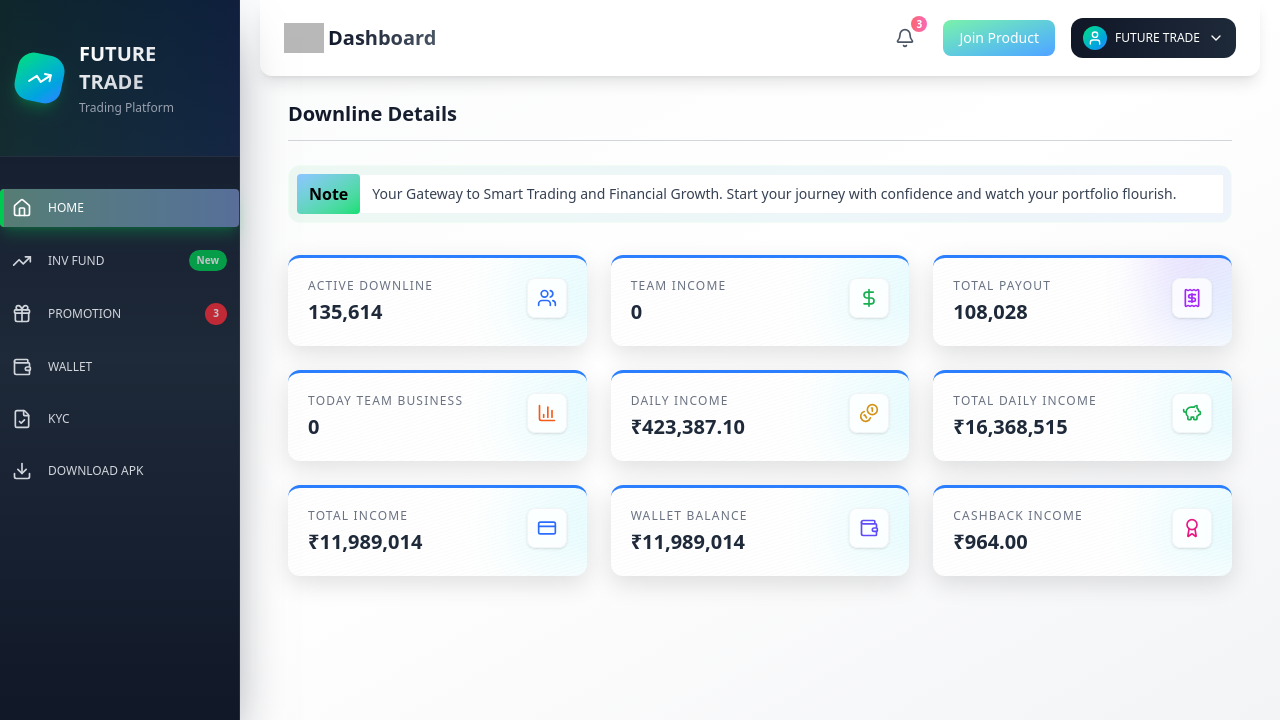
Repository: GauraVPandeyyy/Trade
Page: /
An editor plug-in stored every save of this project. The page is shown before and after the next save, followed by the edit.
The browser window is 1280 px wide. The pictures show the whole page.
Pictures or frames that could not be fetched are drawn as grey boxes. The project was rebuilt for these pictures with package versions that can differ from the ones it lists, and the page was loaded fresh each time. Some packages were replaced by stand-ins written for this rebuild. Also part of the build but not shown: vite.config.js, src/pages/Home.jsx, src/pages/InvFund.jsx, src/pages/Promotion.jsx, src/pages/Wallet.jsx, src/pages/Kyc.jsx, src/pages/DownloadApk.jsx.

Above is the page before, as saved 2025-08-02 13:40:31.

### src/main.jsx
import { StrictMode } from 'react'
import { createRoot } from 'react-dom/client'
import './index.css'
import App from './App.jsx'
import { BrowserRouter, RouterProvider } from 'react-router-dom'
import router from './routes.jsx/router.jsx'

createRoot(document.getElementById('root')).render(
  <StrictMode>
    <RouterProvider router={router} />
  </StrictMode>,
)

### src/App.jsx
import React from 'react'
import Sidebar from './components/Sidebar'
import { Outlet } from 'react-router-dom'
import Dashboard from './pages/Dashboard'
function App() {
  return (
    // <div className='text-center bg-gray-950 relative text-white min-h-screen w-screen'>
    //   <div className='absolute top-0 left-0 bottom-0 w-[300px] h-screen'>
    //     <Sidebar />
    //   </div>
    //   <Outlet />
    //   <h1>hello from h1</h1>
    // </div>
    <Dashboard />
  )
}

export default App

### src/routes.jsx/router.jsx
import App from "../App";
import Home from "../pages/Home";
import InvFund from "../pages/InvFund";
import Promotion from "../pages/Promotion";
import Wallet from "../pages/Wallet";
import Kyc from "../pages/Kyc";
import DownloadApk from "../pages/DownloadApk";
import { createBrowserRouter } from "react-router-dom";

const router = createBrowserRouter([
    {
        path: "/",
        element: <App />,
        children: [
            { path: "", element: <Home /> },
            { path: "inv-fund", element: <InvFund /> },
            { path: "promotion", element: <Promotion /> },
            { path: "wallet", element: <Wallet /> },
            { path: "kyc", element: <Kyc /> },
            { path: "download", element: <DownloadApk /> },
        ],
    },
]);

export default router;

### src/pages/Dashboard.jsx
import React, { useState, useEffect } from 'react';
import {
  Home,
  TrendingUp,
  Gift,
  Wallet,
  FileCheck,
  Download,
  Menu,
  X,
  Bell,
  ChevronDown,
  Users,
  DollarSign,
  CreditCard,
  BarChart3,
  PiggyBank,
  Coins,
  Receipt,
  Award,
  Search,
  Settings,
  LogOut,
  User
} from 'lucide-react';
import Sidebar from '../components/Sidebar';
import Header from '../components/Header';
import DashboardCard from '../components/DashboardCard'
// Enhanced hook for sidebar with responsive behavior
const useSidebarToggle = () => {
  const [isOpen, setIsOpen] = useState(false);
  const [isMobile, setIsMobile] = useState(false);

  useEffect(() => {
    const checkScreenSize = () => {
      setIsMobile(window.innerWidth < 768);
      if (window.innerWidth >= 768) {
        setIsOpen(false); // Reset mobile state when going to desktop
      }
    };

    checkScreenSize();
    window.addEventListener('resize', checkScreenSize);
    return () => window.removeEventListener('resize', checkScreenSize);
  }, []);

  const toggle = () => setIsOpen(!isOpen);
  const close = () => setIsOpen(false);

  return { isOpen, toggle, close, isMobile };
};



// Main Dashboard Component
const Dashboard = () => {
  const { isOpen, toggle, close, isMobile } = useSidebarToggle();
  const [statsVisible, setStatsVisible] = useState(false);

  useEffect(() => {
    const timer = setTimeout(() => setStatsVisible(true), 300);
    return () => clearTimeout(timer);
  }, []);

  const dashboardData = [
    { icon: Users, label: "Active Downline", value: "135,614", color: "text-blue-600", trend: 12.5 },
    { icon: DollarSign, label: "Team Income", value: "0", color: "text-green-600", trend: 0 },
    { icon: Receipt, label: "Total Payout", value: "108,028", color: "text-purple-600", trend: -2.1 },
    { icon: BarChart3, label: "Today Team Business", value: "0", color: "text-orange-600", trend: 0 },
    { icon: Coins, label: "Daily Income", value: "₹423,387.10", color: "text-yellow-600", trend: 8.3 },
    { icon: PiggyBank, label: "Total Daily Income", value: "₹16,368,515", color: "text-green-600", trend: 15.7 },
    { icon: CreditCard, label: "Total Income", value: "₹11,989,014", color: "text-blue-600", trend: 22.4 },
    { icon: Wallet, label: "Wallet Balance", value: "₹11,989,014", color: "text-indigo-600", trend: 5.2 },
    { icon: Award, label: "Cashback Income", value: "₹964.00", color: "text-pink-600", trend: 3.1 },
  ];

  return (
    <div className="flex min-h-screen bg-gradient-to-br from-gray-50 via-white to-gray-100">
      {/* Sidebar */}
      <Sidebar isOpen={isOpen} onClose={close} isMobile={isMobile} />

      {/* Main Content */}
      <div className={`flex-1 flex flex-col transition-all duration-300 px-5 ${!isMobile ? 'ml-0' : ''}`}>
        {/* Header */}
        <Header onMenuClick={toggle} isMobile={isMobile} />

        {/* Main Content Area */}
        <main className="flex-1 py-6 px-7 space-y-8">
          {/* Page Header */}
          <div className={`transform transition-all duration-500 ${statsVisible ? 'translate-y-0 opacity-100' : 'translate-y-4 opacity-0'}`}>
            <div className="mb-6">

              <h2 className="text-xl font-semibold bg-gradient-to-r from-gray-900 to-gray-600 bg-clip-text text-transparent mb-3">
                Downline Details
              </h2>
              <hr className='w-[100%] text-gray-300' />
              {/* <p className="text-gray-600 text-sm">Monitor your network growth and earnings</p> */}

            </div>

            {/* Enhanced Note Section */}
            <div className="relative bg-gradient-to-r from-gray-50 to-gray-50 border border-green-50 rounded-xl p-2 mb-6 overflow-hidden">
              <div className="absolute inset-0 bg-gradient-to-r from-green-500/5 to-blue-500/5"></div>
              <div className="relative flex items-center space-x-0">
                {/* <div className="w-10 h-10 bg-gradient-to-br from-green-500 to-blue-500 rounded-2xl flex items-center justify-center text-white shadow-lg">
                  <Gift size={20} />
                </div> */}

                <h5 className='font-bold bg-gradient-to-br from-blue-300 to-green-400 px-3 py-2 rounded'>
                  Note
                </h5>

                <div className="flex-1">
                  {/* <h3 className="text-md font-semibold text-gray-900 ">Welcome to Future Trade</h3> */}
                  <p className="text-gray-700 leading-relaxed text-[14px] bg-white py-2 px-3">
                    Your Gateway to Smart Trading and Financial Growth. Start your journey with confidence and watch your portfolio flourish.
                  </p>
                </div>
              </div>
            </div>
          </div>

          {/* Dashboard Cards Grid */}
          <div className="grid grid-cols-1 md:grid-cols-2 lg:grid-cols-3 gap-6">
            {dashboardData.map((card, index) => (
              <DashboardCard
                key={index}
                icon={card.icon}
                label={card.label}
                value={card.value}
                colorClass={card.color}
                trend={card.trend}
                delay={100}
              />
            ))}
          </div>

          {/* Quick Actions */}
          {/* <div className="mt-8">
            <h3 className="text-xl font-semibold text-gray-900 mb-4">Quick Actions</h3>
            <div className="grid grid-cols-2 md:grid-cols-4 gap-4">
              {[
                { icon: TrendingUp, label: "New Investment", color: "from-green-500 to-green-600" },
                { icon: Users, label: "Invite Friends", color: "from-blue-500 to-blue-600" },
                { icon: Wallet, label: "Withdraw Funds", color: "from-purple-500 to-purple-600" },
                { icon: BarChart3, label: "View Reports", color: "from-orange-500 to-orange-600" },
              ].map((action, index) => (
                <button
                  key={index}
                  className={`
                    p-6 bg-gradient-to-br ${action.color} text-white rounded-2xl
                    hover:scale-105 hover:shadow-lg transition-all duration-300
                    group relative overflow-hidden
                  `}
                  style={{ animationDelay: `${index * 100}ms` }}
                >
                  <div className="relative z-10 text-center">
                    <action.icon size={24} className="mx-auto mb-2 group-hover:scale-110 transition-transform duration-300" />
                    <p className="text-sm font-medium">{action.label}</p>
                  </div>
                  <div className="absolute inset-0 bg-gradient-to-r from-white/20 to-transparent transform -skew-x-12 -translate-x-full group-hover:translate-x-full transition-transform duration-1000"></div>
                </button>
              ))}
            </div>
          </div> */}

          {/* <div className="mt-10">
            <h3 className="text-2xl font-bold text-gray-900 mb-6">Quick Actions</h3>
            <div className="grid grid-cols-2 md:grid-cols-4 gap-5">
              {[
                {
                  icon: TrendingUp,
                  label: "New Investment",
                  color: "from-teal-500 to-cyan-600",
                  hoverColor: "hover:shadow-teal-500/20",
                  iconBg: "bg-teal-400/10"
                },
                {
                  icon: Users,
                  label: "Invite Friends",
                  color: "from-indigo-500 to-blue-500",
                  hoverColor: "hover:shadow-indigo-500/20",
                  iconBg: "bg-indigo-400/10"
                },
                {
                  icon: Wallet,
                  label: "Withdraw Funds",
                  color: "from-violet-600 to-purple-500",
                  hoverColor: "hover:shadow-violet-600/20",
                  iconBg: "bg-violet-400/10"
                },
                {
                  icon: BarChart3,
                  label: "View Reports",
                  color: "from-amber-400 to-orange-500",
                  hoverColor: "hover:shadow-amber-500/20",
                  iconBg: "bg-amber-400/10"
                }
              ].map((action, index) => (
                <button
                  key={index}
                  className={`
          p-6 bg-gradient-to-br ${action.color} text-white rounded-2xl
          hover:scale-[1.03] transform transition-all duration-300 ease-out
          shadow-md hover:shadow-lg ${action.hoverColor}
          group relative overflow-hidden border border-white/10
          flex flex-col items-center justify-center
          before:absolute before:inset-0 before:bg-white/5 before:opacity-0
          before:transition-opacity before:duration-300 hover:before:opacity-100
        `}
                  style={{
                    animationDelay: `${index * 100}ms`,
                    transitionDelay: `${index * 50}ms`
                  }}
                >

                  <div className="absolute inset-0 overflow-hidden">
                    <div className="absolute -inset-y-full -left-20 w-40 bg-white/30 transform rotate-12
            group-hover:animate-shimmer transition-all duration-1000" />
                  </div>

                  <div className="relative z-10 flex flex-col items-center">
                    <div className={`
            p-3 mb-3 rounded-xl bg-white/10 backdrop-blur-sm
            border border-white/20 group-hover:bg-white/15
            transition-all duration-300
          `}>
                      <action.icon
                        size={22}
                        className="group-hover:scale-110 transition-transform duration-300"
                        strokeWidth={1.5}
                      />
                    </div>
                    <p className="text-sm font-semibold tracking-wide">{action.label}</p>
                  </div>


                  <div className={`
          absolute -bottom-4 -right-4 w-16 h-16 rounded-full blur-lg
          bg-white/10 group-hover:bg-white/20 transition-all duration-500
        `}></div>
                </button>
              ))}
            </div>
          </div> */}
        </main>
      </div>

      <style jsx>{`
        @keyframes fadeInScale {
          from {
            opacity: 0;
            transform: scale(0.95) translateY(-10px);
          }
          to {
            opacity: 1;
            transform: scale(1) translateY(0);
          }
        }

        .animate-fadeInScale {
          animation: fadeInScale 0.2s ease-out;
        }
      `}</style>
    </div>
  );
};

export default Dashboard;

### src/components/DashboardCard.jsx
import { useState, useEffect } from 'react';


const DashboardCard = ({ icon: Icon, label, value, colorClass = "text-blue-600", trend, delay = 0 }) => {
  const [isVisible, setIsVisible] = useState(false);

  useEffect(() => {
    const timer = setTimeout(() => setIsVisible(true), delay);
    return () => clearTimeout(timer);
  }, [delay]);

  return (
    // <div
    //   className={`
    //     group relative bg-white rounded-2xl px-3 py-3 shadow-sm bg-gradient-to-br from-indigo-00 via-cyan-300 to-emerald-200  border border-gray-200
    //     hover:shadow-xl hover:shadow-gray-200/50 transition-all duration-300 cursor-pointer
    //     hover:-translate-y-2 hover:border-gray-200
    //     transform ${isVisible ? 'translate-y-0 opacity-100' : 'translate-y-8 opacity-0'}
    //     before:absolute before:inset-0 before:rounded-xl before:bg-gradient-to-r
    //     before:from-transparent before:via-transparent before:to-gray-50/50
    //     before:opacity-0 hover:before:opacity-100 before:transition-opacity before:duration-300
    //   `}
    //   style={{ transitionDelay: `${delay}ms` }}
    // >
    //   {/* Gradient overlay on hover */}
    //   <div className="absolute inset-0 rounded-xl bg-gradient-to-br from-white to-gray-50/30 opacity-0 group-hover:opacity-100 transition-opacity duration-300"></div>

    //   <div className="relative z-10 flex items-start justify-between">
    //     <div className="flex-1">
    //       <p className="text-xs font-medium text-gray-500 mb-2 tracking-wide uppercase">{label}</p>
    //       <div className="flex items-baseline space-x-2">
    //         <p className="text-lg font-bold text-gray-900 tracking-tight">{value}</p>
    //         {trend && (
    //           <span className={`text-xs font-medium ${trend >= 0 ? 'text-green-600' : 'text-red-600'}`}>
    //             {trend > 0 ? '+' : ''}{trend}%
    //           </span>
    //         )}
    //       </div>
    //     </div>
    //     <div className={`
    //       p-3 rounded-2xl transition-all duration-500 group-hover:scale-110 group-hover:rotate-6
    //       bg-gradient-to-br from-gray-50 to-gray-100 group-hover:from-white group-hover:to-gray-50
    //       ${colorClass} group-hover:shadow-lg
    //     `}>
    //       <Icon size={28} className="transition-transform duration-500 group-hover:scale-110" />
    //     </div>
    //   </div>

    //   {/* Animated bottom border */}
    //   <div className={`absolute bottom-0 left-0 h-1 bg-gradient-to-r ${colorClass.replace('text-', 'from-')} to-transparent rounded-b-2xl transition-all duration-500 w-0 group-hover:w-full`}></div>
    // </div>

    <div
      className={`
    relative h-auto border-t-3 rounded-xl p-5 overflow-hidden
    bg-white  border-t-blue-500
    shadow-[0_8px_24px_rgba(0,0,0,0.12)] hover:shadow-[0_12px_16px_rgba(0,0,0,0.18)]
    transition-all duration-300 ease-out
    transform ${isVisible ? 'translate-y-0 opacity-100' : 'translate-y-8 opacity-0'}
    hover:-translate-y-2 cursor-pointer
    group
  `}
      style={{ transitionDelay: `${delay}ms` }}
    >
      {/* Premium SVG background */}
      <div className="absolute inset-0 opacity-10 group-hover:opacity-20 transition-opacity duration-700">
        <svg width="100%" height="100%" viewBox="0 0 256 256" preserveAspectRatio="none">
          <defs>
            <pattern id="diagonalHatch" patternUnits="userSpaceOnUse" width="10" height="10">
              <path d="M-1,1 l2,-2 M0,10 l10,-10 M9,11 l2,-2" stroke="#888" strokeWidth="0.5" />
            </pattern>
          </defs>
          <rect width="100%" height="100%" fill="url(#diagonalHatch)" />
        </svg>
      </div>

      {/* Floating gradient accent */}
      <div className={`
    absolute -top-20 -right-20 w-40 h-40 rounded-xl blur-xl opacity-20
    bg-gradient-to-br ${colorClass.replace('text-', 'from-')} to-cyan-300
    transition-all duration-1000 group-hover:opacity-30 group-hover:-top-16
  `}></div>

      <div className="relative z-10 h-full flex flex-col">
        <div className="flex justify-between items-start">
          <div>
            <p className="text-xs font-medium text-gray-500 mb-1 tracking-widest uppercase">{label}</p>
            <p className="text-xl font-bold text-gray-800">{value}</p>
          </div>

          {/* Icon placed in top-right corner with better styling */}
          <div className={`
        w-10 h-10 rounded-lg flex items-center justify-center
        bg-white/80 backdrop-blur-sm shadow-sm
        border border-gray-100
        transition-all duration-500 group-hover:scale-110 group-hover:rotate-12
        ${colorClass}
      `}>
            <Icon size={20} className="opacity-90" />
          </div>
        </div>

        {/* {trend !== null && trend !== undefined && (
          <div className={`mt-auto w-fit inline-flex items-center px-3 py-1.5 rounded-full text-xs font-medium
    ${trend > 0 ? 'bg-green-50 text-green-700' : 'bg-red-50 text-red-700'}`}>
            {trend > 0 ? (
              <svg className="w-3 h-3 mr-1.5" fill="currentColor" viewBox="0 0 20 20">
                <path fillRule="evenodd" d="M14.707 12.707a1 1 0 01-1.414 0L10 9.414l-3.293 3.293a1 1 0 01-1.414-1.414l4-4a1 1 0 011.414 0l4 4a1 1 0 010 1.414z" clipRule="evenodd" />
              </svg>
            ) : (
              <svg className="w-3 h-3 mr-1.5" fill="currentColor" viewBox="0 0 20 20">
                <path fillRule="evenodd" d="M5.293 7.293a1 1 0 011.414 0L10 10.586l3.293-3.293a1 1 0 111.414 1.414l-4 4a1 1 0 01-1.414 0l-4-4a1 1 0 010-1.414z" clipRule="evenodd" />
              </svg>
            )}
            {Math.abs(trend)}%
          </div>
        )} */}

      </div>

      {/* Interactive border animation */}
      <div className={`
    absolute inset-0 rounded-2xl pointer-events-none
    border-2 border-transparent group-hover:border-white/30
    transition-all duration-700
  `}></div>
    </div>
  );
};

export default DashboardCard;

Loaded but not shown: index.html (common file); src/index.css (common file); src/components/Header.jsx (117 lines, source omitted); src/components/Sidebar.jsx (169 lines, source omitted)

After the next save:
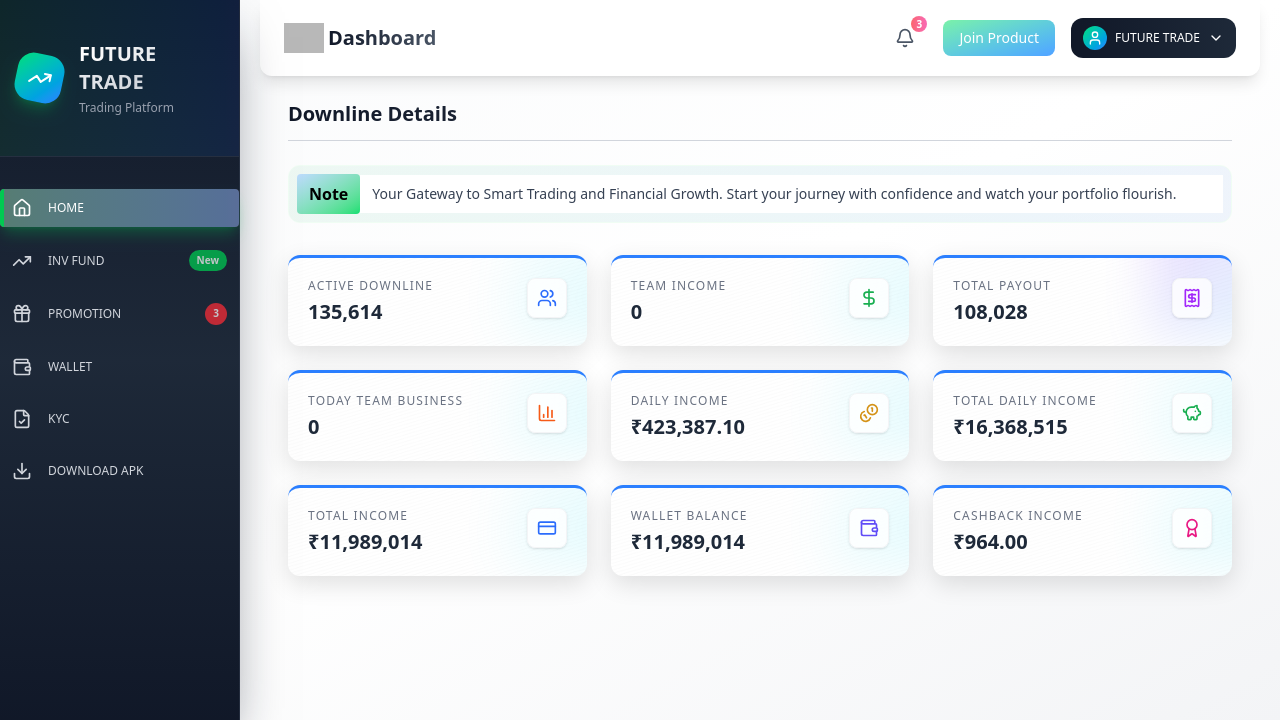
Saved 29 s later.
--- a/src/pages/Dashboard.jsx
+++ b/src/pages/Dashboard.jsx
@@ -106,7 +106,7 @@
                   <Gift size={20} />
                 </div> */}
 
-                <h5 className='font-bold bg-gradient-to-br from-blue-300 to-green-400 px-3 py-2 rounded'>
+                <h5 className='font-bold bg-gradient-to-br from-blue-200 to-green-400 px-3 py-2 rounded'>
                   Note
                 </h5>
 
